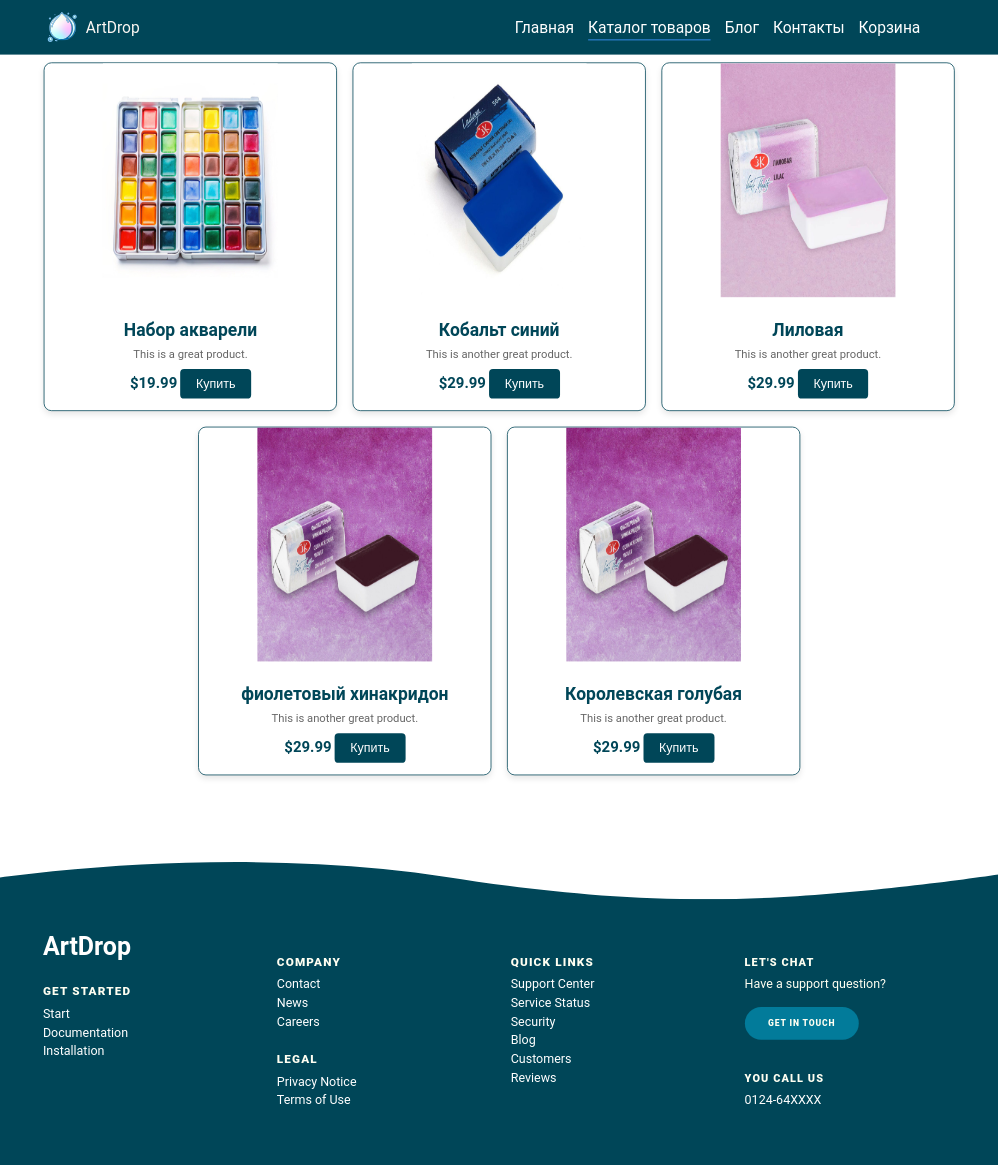
Repository: mnats725/art-drop
Page: catalog.html
An editor plug-in stored every save of this project. The page is shown before and after a run of saves, followed by the edit.
The browser window is 1280 px wide. The pictures show the whole page, at 78% of full size.

Above is the page before, as saved 2024-05-21 13:27:30.
Console error: TypeError: Cannot read properties of null (reading 'querySelectorAll')

After the next 3 saves:
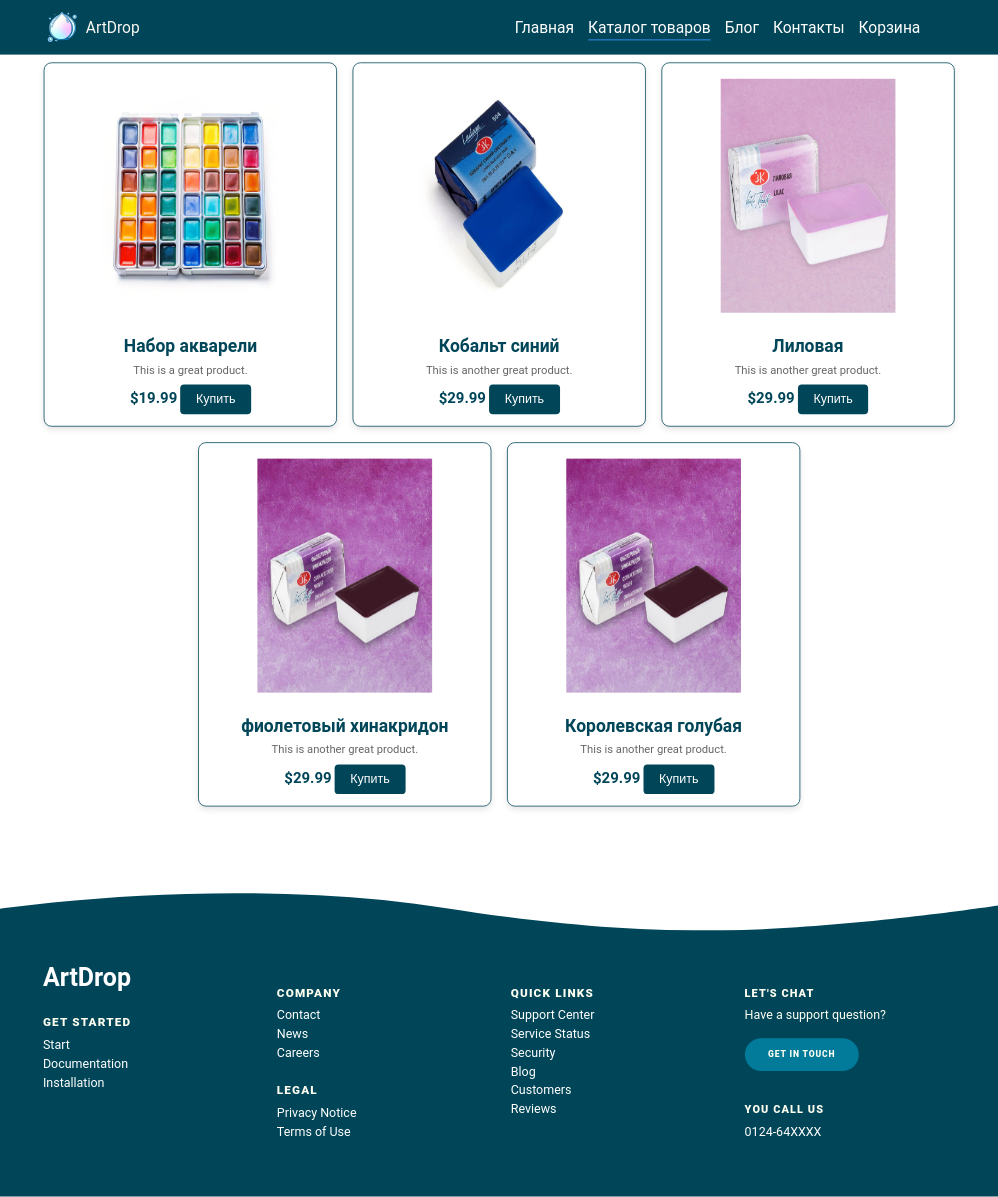
The 3 saves are shown as one change because they came seconds apart.
The last was saved 17 s later.
--- a/css/catalog.css
+++ b/css/catalog.css
@@ -23,6 +23,7 @@
 }
 
 .product-image {
+  margin-top: 20PX;
   width: 60%;
   height: 300px;
 }
